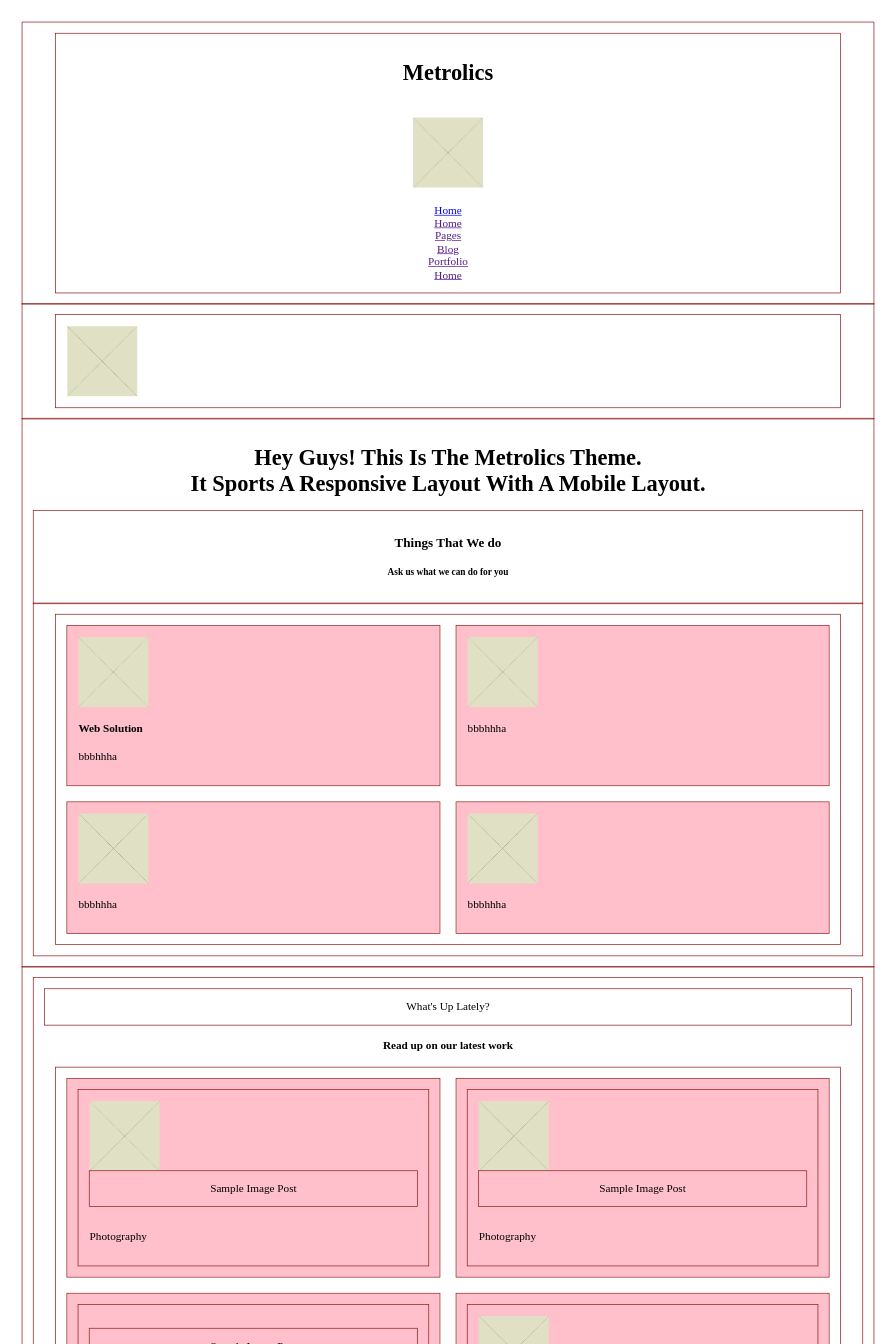
Repository: kionale/Project1_Lab3_ResponsiveLayout
Page: index.html
These files come from the project's save history. The page is drawn as it stood at one moment and after a run of saves; the edit follows.
The browser window is 1280 px wide. The pictures show the part of the page from y = 0 to 1920 px (the page is 5792 px tall before and 6802 px after), at 70% of full size.

Above is the page before, as saved 2023-01-31 16:48:10.

After the next 2 saves:
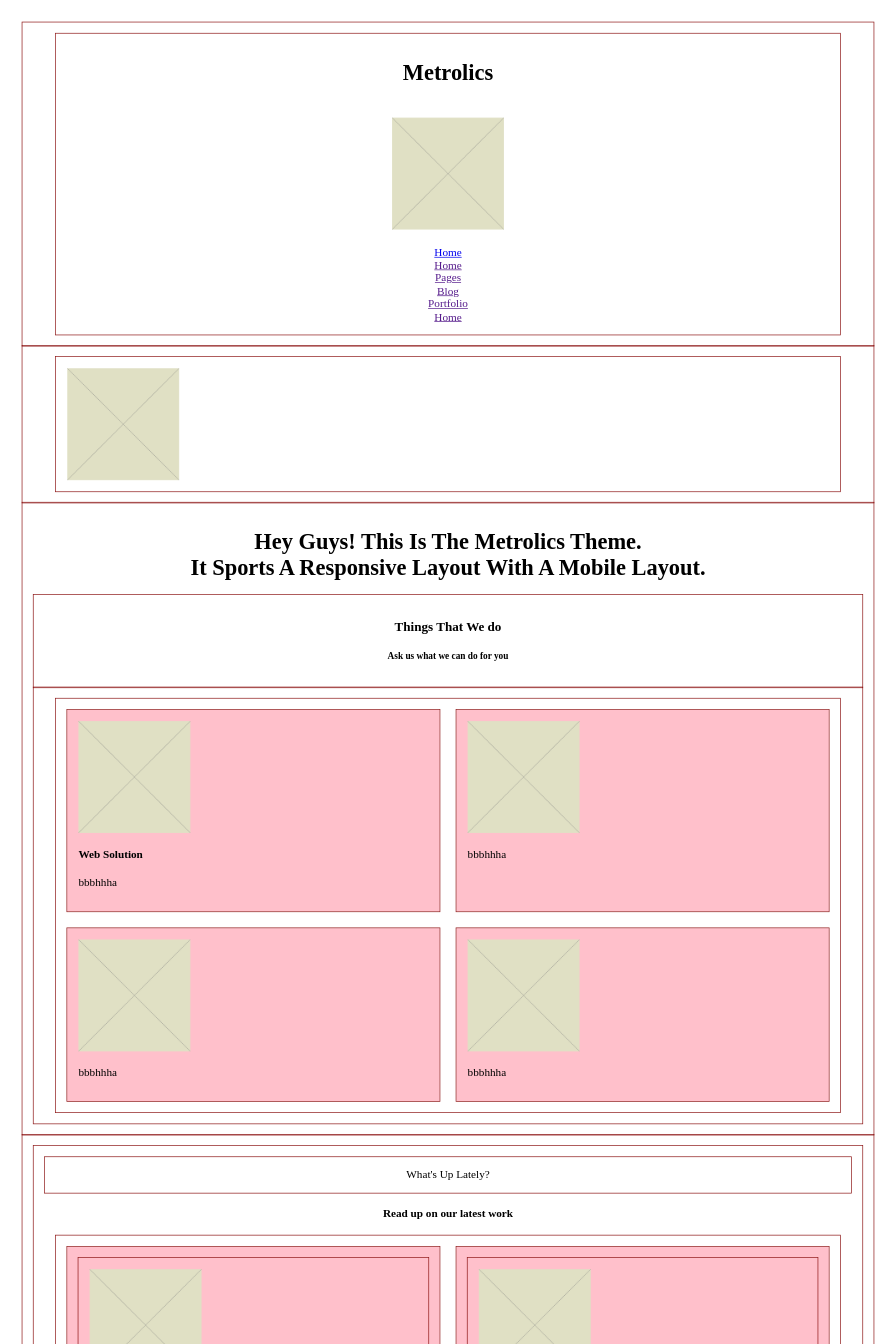
The 2 saves are shown as one change because they came seconds apart.
The last was saved 8 s later.
--- a/css/main.css
+++ b/css/main.css
@@ -183,6 +183,5 @@ button {
 }
 
 img{
-  width: 100px;
-  height: 100;
+  width: 10rem;
 }
